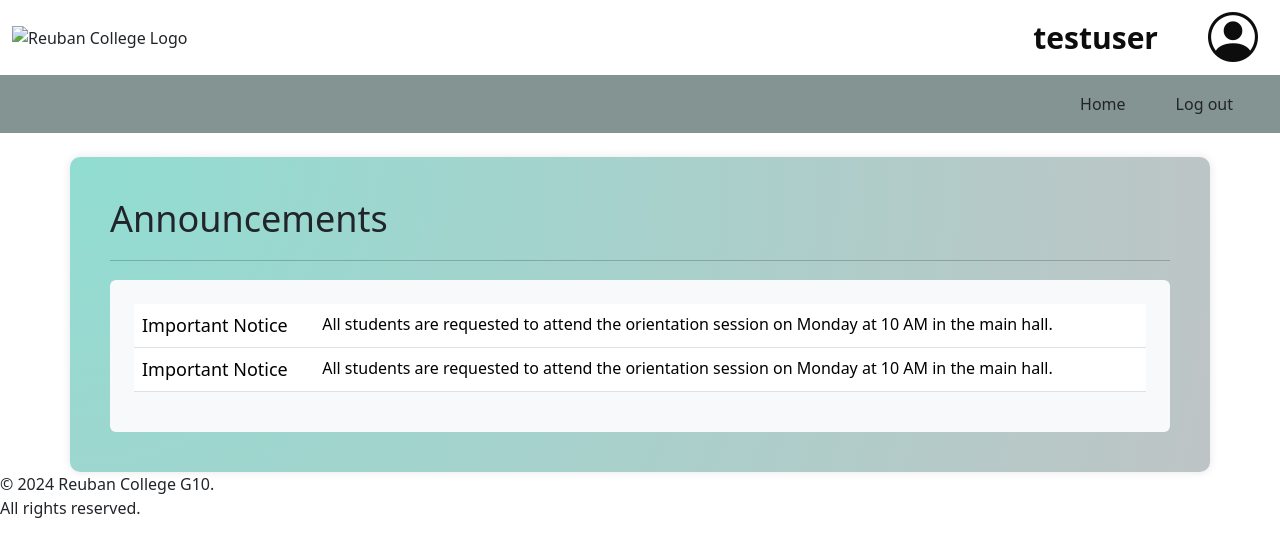
Repository: nimasha20020207/ReuStaff
Page: http://localhost/ReuStaff/payHome.jsp
An editor plug-in stored every save of this project. The page is shown before and after the next save, followed by the edit.
The browser window is 1280 px wide. The pictures show the whole page.
The page is served by Tomcat 10. The session is filled in as if someone had signed in: {"username": "testuser", "userType": "admin"}.

Above is the page before, as saved 2024-10-14 13:21:22.

After the next save:
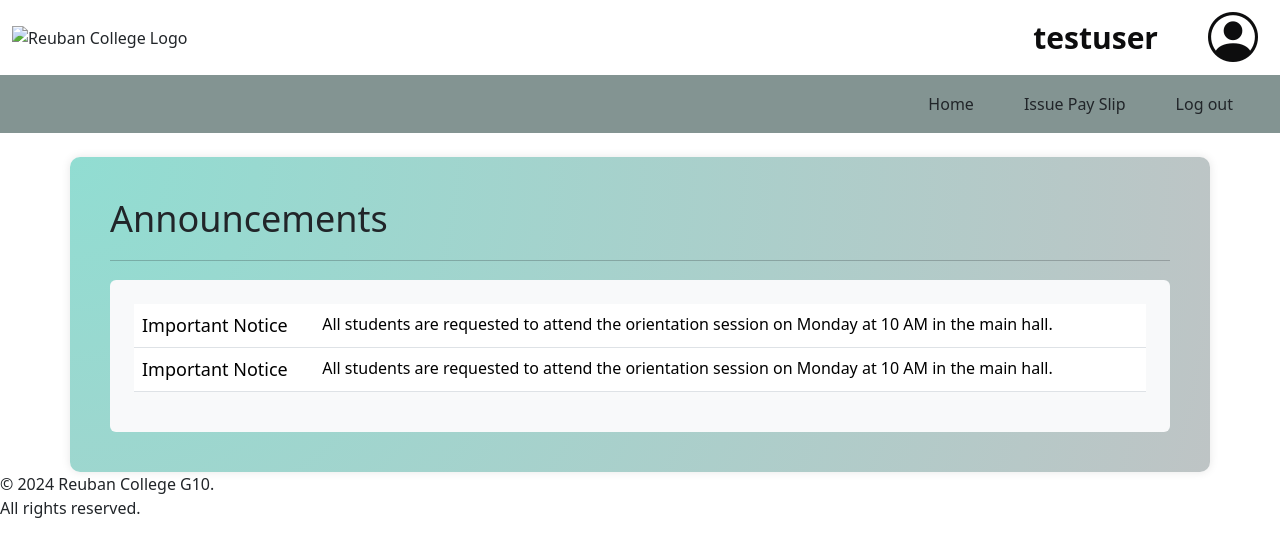
Saved 30 s later.
--- a/Online Staff Management System/ReuStaff/ReuStaff/src/main/webapp/payHome.jsp
+++ b/Online Staff Management System/ReuStaff/ReuStaff/src/main/webapp/payHome.jsp
@@ -93,15 +93,9 @@
                 <li class="nav-item">
                     <a class="btn custom-btn me-4" href="payHome.jsp">Home</a>
                 </li>
-                <!-- <li class="nav-item">
-                    <a class="btn custom-btn me-4" href="">Make An Announcement</a>
+                <li class="nav-item">
+                    <a class="btn custom-btn me-4" href="payrollPaySlip.jsp">Issue Pay Slip</a>
                 </li>
-                <li class="nav-item">
-                    <a class="btn custom-btn me-4" href="">Check Attendance</a>
-                </li>
-                <li class="nav-item">
-                    <a class="btn custom-btn me-4" href="">Communication</a>
-                </li> -->
                 <li class="nav-item">
                     <a class="btn custom-btn me-4" href="">Log out</a>
                 </li>
